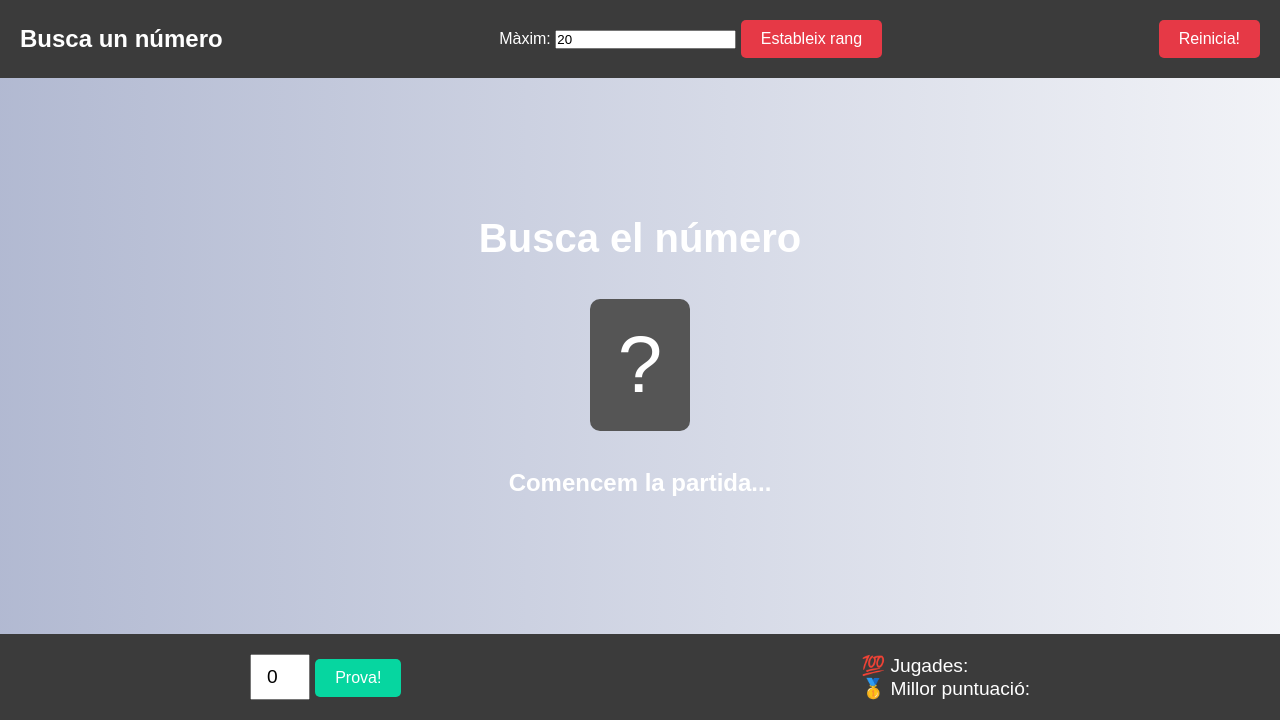
Repository: rdalmau23/M06_01
Page: index.html
The author's editor kept a copy of each file at every save. The page is drawn from the files as they stood at one save, then again after the next save.
The browser window is 1280 px wide. The pictures show the whole page.
After loading, the first visible `button` was clicked once.

Above is the page before, as saved 2024-10-11 12:39:29.
Console error: ReferenceError: setRange is not defined

### index.html
<!DOCTYPE html>
<html lang="en">
<head>
    <meta charset="UTF-8">
    <meta name="viewport" content="width=device-width, initial-scale=1.0">
    <title>Endivina el número</title>
    <link rel="stylesheet" href="style.css">
    <script src="script.js" defer></script>
</head>
<body>
    <header>
        <h2>Busca un número</h2>
        <div>
        <label for="max">Màxim:</label>
        <input type="number" id="max" value="20">
        <button onclick="setRange()">Estableix rang</button>
    </div>
        <button onclick="resetGame()" id="reset">Reinicia!</button>
    </header>
    <main id="main">
        <h1>Busca el número</h1> <br>
        <div id="display-num">?</div> <br>
        <h3 id="display-result">Comencem la partida...</h3>
    </main>
    <footer>
        <div>
            <input type="number" value="0" id="num">
        <button onclick="playGame()" id="play">Prova!</button>
        </div>
        <div>
            <div id="display-jugades">💯 Jugades: </div>
        <div id="display-puntuacio">🥇 Millor puntuació: </div>
        </div>
    </footer>
</body>
</html>

### style.css
* {
    margin: 0;
    padding: 0;
    box-sizing: border-box;
  }

  body {
    font-family: Arial, sans-serif;
    height: 100vh;
    display: flex;
    flex-direction: column;
    justify-content: space-between;
    background: linear-gradient(270deg, #ffffff, #001969);
    background-size: 400% 400%;
    animation: gradient-animation 12s ease infinite;
    position: relative;
  }

  @keyframes gradient-animation {
    0% {
      background-position: 0% 50%;
    }
    50% {
      background-position: 100% 50%;
    }
    100% {
      background-position: 0% 50%;
    }
  }

  header {
    background-color: #3b3b3b;
    color: white;
    padding: 20px;
    text-align: center;
    display: flex;
    justify-content: space-between;
    align-items: center;
  }

  header h2 {
    margin: 0;
  }

  header button {
    background-color: #e63946;
    border: none;
    color: white;
    padding: 10px 20px;
    cursor: pointer;
    border-radius: 5px;
    font-size: 16px;
    transition: background-color 0.3s ease;
  }

  header button:hover {
    background-color: #d62839;
  }

  main {
    flex-grow: 1;
    display: flex;
    flex-direction: column;
    justify-content: center;
    align-items: center;
  }

  main h1 {
    font-size: 2.5rem;
    color: white;
  }

  #display-num {
    font-size: 5rem;
    background-color: #555555;
    color: white;
    padding: 20px;
    width: 100px;
    text-align: center;
    border-radius: 10px;
    margin: 20px 0;
  }

  main h3 {
    font-size: 1.5rem;
    color: white;
  }

  footer {
    background-color: #3b3b3b;
    padding: 20px;
    display: flex;
    justify-content: space-around;
    align-items: center;
  }

  footer input[type="number"] {
    width: 60px;
    padding: 10px;
    font-size: 1.2rem;
    text-align: center;
  }

  footer button {
    background-color: #06d6a0;
    border: none;
    color: white;
    padding: 10px 20px;
    cursor: pointer;
    border-radius: 5px;
    font-size: 16px;
    transition: background-color 0.3s ease;
  }

  footer button:hover {
    background-color: #04b383;
  }

  footer div {
    font-size: 1.2rem;
    color: #ffffff;
  }

  /* Ajustes Responsive */
  @media (max-width: 600px) {
    header, footer {
      flex-direction: column;
      gap: 10px;
    }

    #display-num {
      font-size: 4rem;
      width: 80px;
    }

    footer button {
      font-size: 14px;
    }
  }

### script.js
let numero1 = Math.floor(Math.random() * 20 + 1); // Genera un número aleatori entre 1 i 20
let userInput = 0; // Inicialitza la variable d'entrada de l'usuari
let intents = 0; // Inicialitza el comptador d'intents
let millorPunt = Infinity; // Inicialitza la millor puntuació amb un valor molt alt
let sortida = ""; // Inicialitza el missatge de sortida

function playGame() {
    userInput = parseInt(document.getElementById("num").value); // Converteix l'entrada de l'usuari a un número enter

    if (userInput !== numero1) {
        intents++; // Incrementa el comptador d'intents
        if (userInput < numero1) {
            sortida = `El ${userInput} és massa petit, torna a provar.`; // Missatge si és massa petit
            document.getElementById("main").style.backgroundColor = "red"; // Canvia el fons a vermell
        } else {
            sortida = `El ${userInput} és massa gran, torna a provar.`; // Missatge si és massa gran
            document.getElementById("main").style.backgroundColor = "red"; // Canvia el fons a vermell
        }
    } else {
        intents++; // Incrementa el comptador d'intents per l'última jugada
        sortida = `Has endivinat el número ${numero1}!`; // Missatge d'encert
        document.getElementById("display-num").innerHTML = numero1; // Mostra el número correcte
        document.getElementById("main").style.backgroundColor = "green"; // Canvia el fons a verd

        // Comprovar si la puntuació actual és la millor
        if (intents < millorPunt) {
            millorPunt = intents; // Actualitza la millor puntuació
            document.getElementById("display-puntuacio").innerHTML = `🥇 Millor puntuació: ${millorPunt}`; // Mostra la millor puntuació
        }
    }

    // Actualitza els elements de la pantalla amb les jugades i el resultat
    document.getElementById("display-jugades").innerHTML = `💯 Jugades: ${intents}`;
    document.getElementById("display-result").innerHTML = `${sortida}`;
    document.getElementById("num").select(); // Selecciona el camp d'entrada per facilitar la nova jugada
}

function resetGame() {
    numero1 = Math.floor(Math.random() * 20 + 1); // Genera un nou número aleatori
    document.getElementById("display-num").innerHTML = "?"; // Reinicia la visualització del número
    document.getElementById("display-result").innerHTML = "Comencem la partida..."; // Mostra un missatge inicial
    intents = 0; // Reseteja el comptador d'intents
    document.getElementById("display-puntuacio").innerHTML = ""; // Neteja la millor puntuació
    document.getElementById("main").style.backgroundColor = ""; // Neteja el fons a l'estil original
}

After the next save:
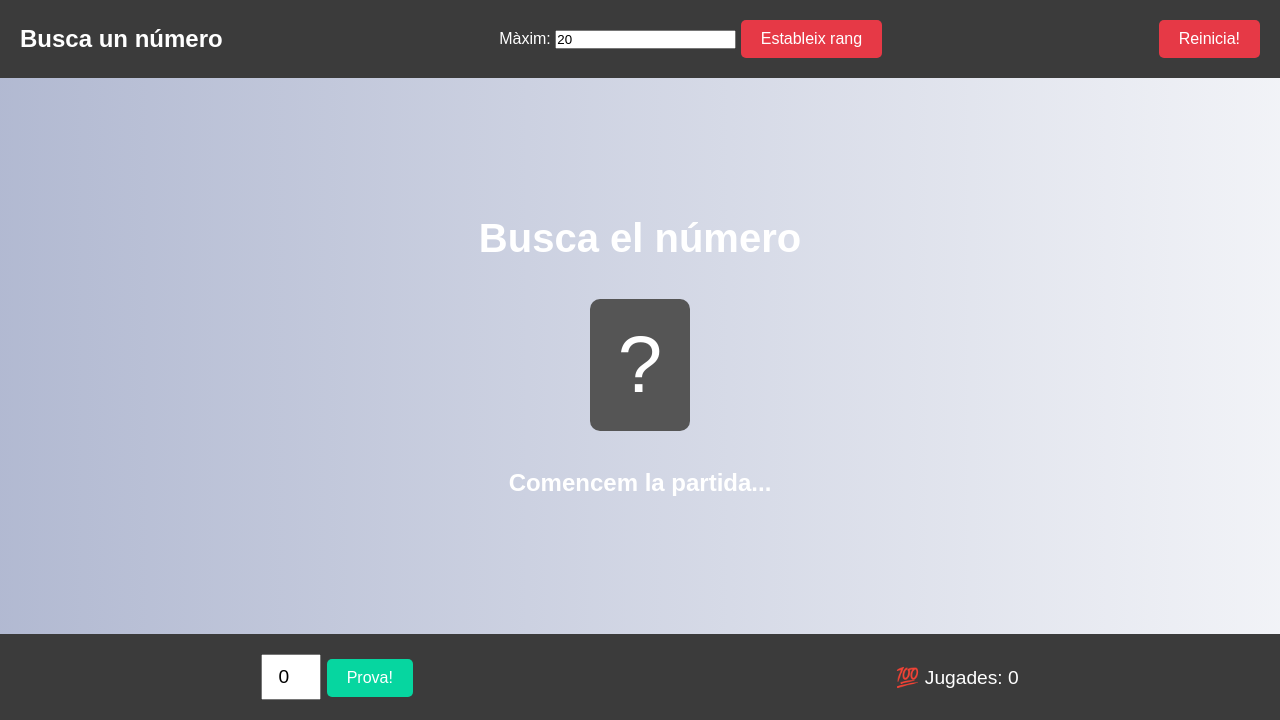
The error is gone.
Saved 98 s later.
--- a/script.js
+++ b/script.js
@@ -1,45 +1,53 @@
-let numero1 = Math.floor(Math.random() * 20 + 1); // Genera un número aleatori entre 1 i 20
-let userInput = 0; // Inicialitza la variable d'entrada de l'usuari
-let intents = 0; // Inicialitza el comptador d'intents
-let millorPunt = Infinity; // Inicialitza la millor puntuació amb un valor molt alt
-let sortida = ""; // Inicialitza el missatge de sortida
+let numero1;
+let userInput = 0;
+let intents = 0;
+let millorPunt = Infinity;
+
+function setRange() {
+    const max = parseInt(document.getElementById("max").value);
+    if (max <= 1) {
+        alert("El valor màxim ha de ser major que 1.");
+        return;
+    }
+    numero1 = Math.floor(Math.random() * max) + 1;
+    intents = 0;
+    document.getElementById("display-num").innerHTML = "?";
+    document.getElementById("display-result").innerHTML = "Comencem la partida...";
+    document.getElementById("main").style.backgroundColor = "";
+    document.getElementById("display-jugades").innerHTML = `💯 Jugades: 0`;
+    document.getElementById("display-puntuacio").innerHTML = "";
+}
 
 function playGame() {
-    userInput = parseInt(document.getElementById("num").value); // Converteix l'entrada de l'usuari a un número enter
-
+    userInput = parseInt(document.getElementById("num").value);
     if (userInput !== numero1) {
-        intents++; // Incrementa el comptador d'intents
+        intents++;
         if (userInput < numero1) {
-            sortida = `El ${userInput} és massa petit, torna a provar.`; // Missatge si és massa petit
-            document.getElementById("main").style.backgroundColor = "red"; // Canvia el fons a vermell
+            sortida = `El ${userInput} és massa petit, torna a provar.`;
+            document.getElementById("main").style.backgroundColor = "red";
         } else {
-            sortida = `El ${userInput} és massa gran, torna a provar.`; // Missatge si és massa gran
-            document.getElementById("main").style.backgroundColor = "red"; // Canvia el fons a vermell
+            sortida = `El ${userInput} és massa gran, torna a provar.`;
+            document.getElementById("main").style.backgroundColor = "red";
         }
     } else {
-        intents++; // Incrementa el comptador d'intents per l'última jugada
-        sortida = `Has endivinat el número ${numero1}!`; // Missatge d'encert
-        document.getElementById("display-num").innerHTML = numero1; // Mostra el número correcte
-        document.getElementById("main").style.backgroundColor = "green"; // Canvia el fons a verd
-
-        // Comprovar si la puntuació actual és la millor
+        intents++;
+        sortida = `Has endivinat el número ${numero1}!`;
+        document.getElementById("display-num").innerHTML = numero1;
+        document.getElementById("main").style.backgroundColor = "green";
         if (intents < millorPunt) {
-            millorPunt = intents; // Actualitza la millor puntuació
-            document.getElementById("display-puntuacio").innerHTML = `🥇 Millor puntuació: ${millorPunt}`; // Mostra la millor puntuació
+            millorPunt = intents;
+            document.getElementById("display-puntuacio").innerHTML = `🥇 Millor puntuació: ${millorPunt}`;
         }
     }
-
-    // Actualitza els elements de la pantalla amb les jugades i el resultat
     document.getElementById("display-jugades").innerHTML = `💯 Jugades: ${intents}`;
     document.getElementById("display-result").innerHTML = `${sortida}`;
-    document.getElementById("num").select(); // Selecciona el camp d'entrada per facilitar la nova jugada
+    document.getElementById("num").select();
 }
 
 function resetGame() {
-    numero1 = Math.floor(Math.random() * 20 + 1); // Genera un nou número aleatori
-    document.getElementById("display-num").innerHTML = "?"; // Reinicia la visualització del número
-    document.getElementById("display-result").innerHTML = "Comencem la partida..."; // Mostra un missatge inicial
-    intents = 0; // Reseteja el comptador d'intents
-    document.getElementById("display-puntuacio").innerHTML = ""; // Neteja la millor puntuació
-    document.getElementById("main").style.backgroundColor = ""; // Neteja el fons a l'estil original
+    document.getElementById("display-num").innerHTML = "?";
+    document.getElementById("display-result").innerHTML = "Comencem la partida...";
+    intents = 0;
+    document.getElementById("display-puntuacio").innerHTML = "";
+    document.getElementById("main").style.backgroundColor = "";
 }
